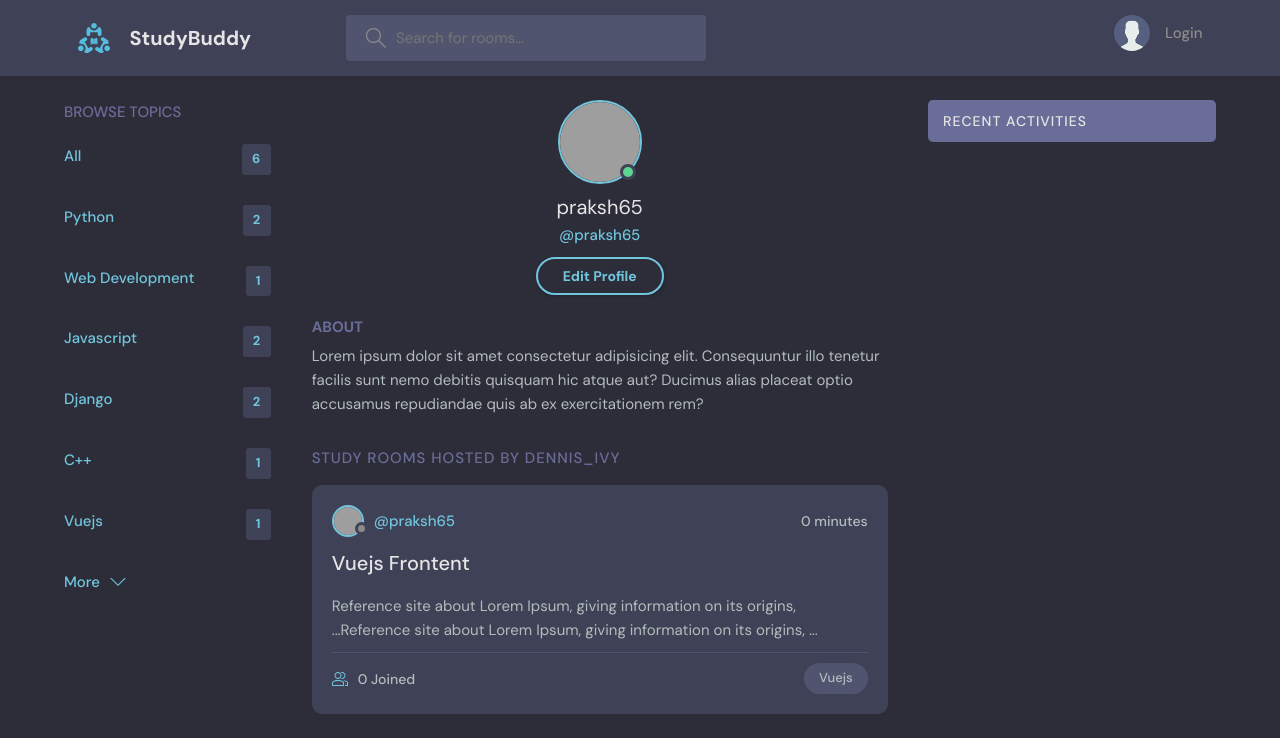
Repository: Dibbya65/Django-Basic
Page: http://localhost/profile/4
The author's editor kept a copy of each file at every save. The page is drawn from the files as they stood at one save, then again after the next save.
The browser window is 1280 px wide. The pictures show the whole page.
Pictures or frames that could not be fetched are drawn as grey boxes. The page is served by the project's application, run on Django 3.2 (manage.py). The page reads the database file committed with the project.

Above is the page before, as saved 2021-11-20 16:57:53.

After the next save:
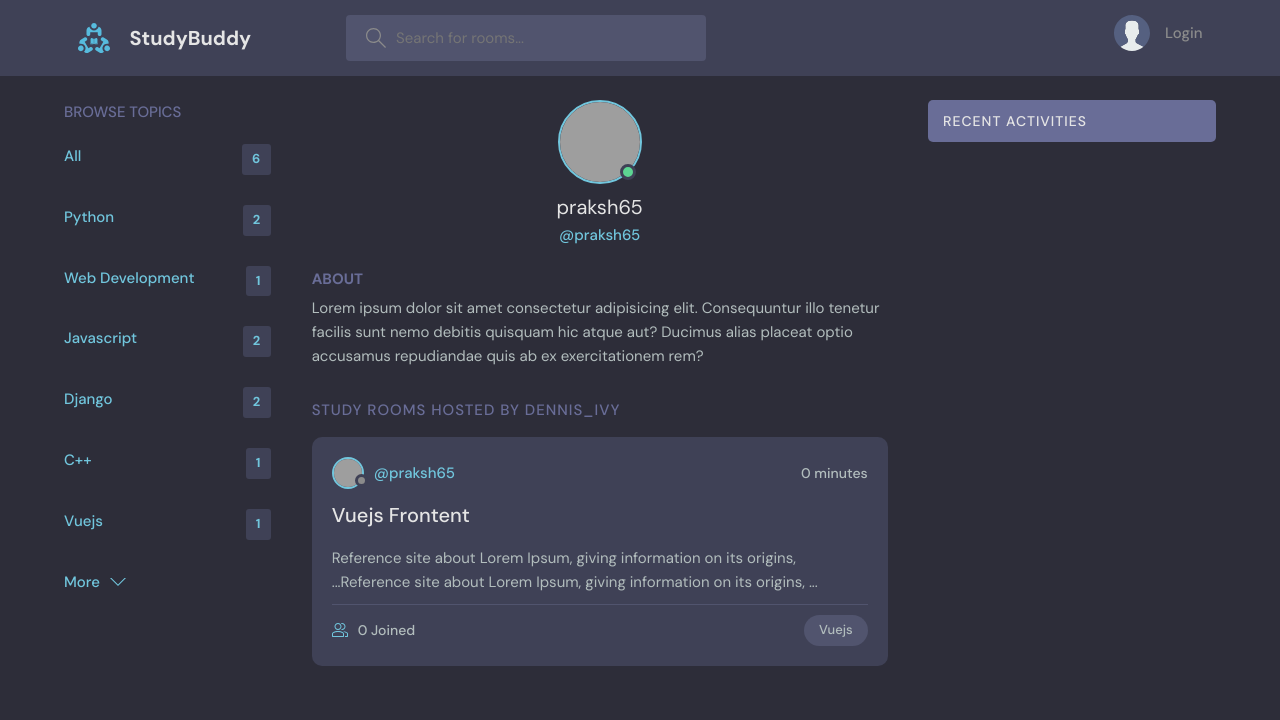
Saved 50 s later.
--- a/base/templates/base/profile.html
+++ b/base/templates/base/profile.html
@@ -20,7 +20,9 @@
                 <div class="profile__info">
                     <h3>{{user.username}}</h3>
                     <p>@{{user.username}}</p>
+                   {% if request.user.is_authenticated %}
                     <a href="{% url 'update-user' %}" class="btn btn--main btn--pill">Edit Profile</a>
+                    {% endif %}
                 </div>
                 <div class="profile__about">
                     <h3>About</h3>
